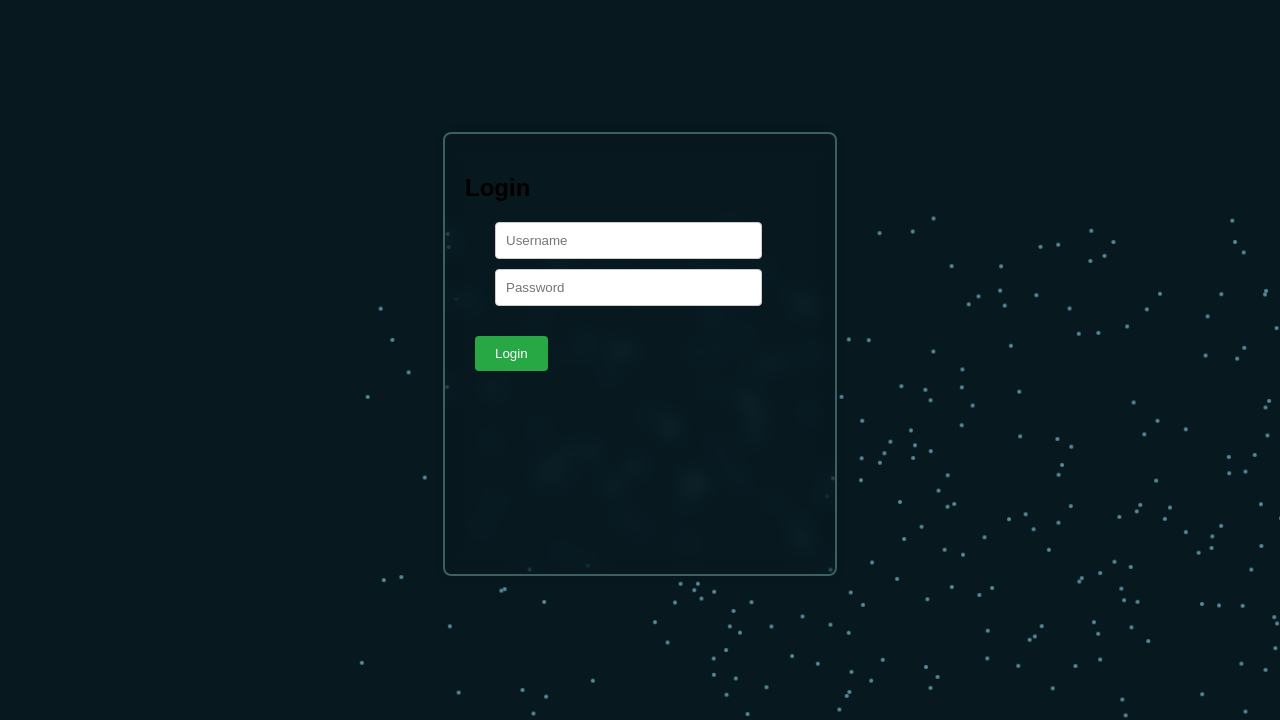
Repository: Anadi-Chauhan/Mentorship-binarybuddy
Page: login.html
An editor plug-in stored every save of this project. The page is shown before and after the next save, followed by the edit.
The browser window is 1280 px wide. The pictures show the whole page.

Above is the page before, as saved 2024-10-19 10:24:27.

### login.html
<!DOCTYPE html>
<html lang="en">
<head>
    <meta charset="UTF-8">
    <meta name="viewport" content="width=device-width, initial-scale=1.0">
    <title>Login Example</title>
    <link rel="stylesheet" href="stars.css">
    <link rel="stylesheet" href="login.css">
</head>
<body>
    <div id="stars"></div>
    <div class="container">
        <div id="login-form">
            <h2>Login</h2>
            <input type="text" id="username" placeholder="Username" required>
            <input type="password" id="password" placeholder="Password" required>
            <button onclick="login()">Login</button>
            <p id="login-error"></p>
        </div>

        <div id="welcome-section" style="display: none;">
            <h2>Welcome, <span id="user-name"></span>!</h2>
            <button onclick="logout()">Logout</button>
        </div>
    </div>

    <script src="stars.js" ></script>
    <script src="login.js"></script>
</body>
</html>

### stars.css
#stars {
    position: sticky;
    top: 0;
    left: 0;
    width: 100%;
    height: 100%;
}

.star {
    position: fixed;
    background: rgb(86, 140, 155);
    width: 4px;
    height: 4px;
    border-radius: 50%;
    animation: moveStar linear infinite;
}
@keyframes moveStar {
    0% {
        transform: translate(0, 0);
    }
    100% {
        transform: translate(calc(100vw * 0.5), calc(100vh * 0.5));
    }
}

### login.css
body {
    font-family: Arial, sans-serif;
    display: grid;
    justify-content: center;
    align-items: center;
    background-color: #f0f0f0;
    margin: 0;
    border: 2px solid color(srgb 0.0264 0.0958 0.1204);
    background-color: color(srgb 0.0264 0.0958 0.1204);
}

.container {
    -webkit-backdrop-filter: blur(2px);
    backdrop-filter: blur(10px);
    border: 2px solid rgb(60, 95, 95);
    margin-top: 130px;
    z-index: 10;
    width: 350px;
    height: 400px;
    padding: 20px;
    border-radius: 8px;
    box-shadow: 0 0 10px rgba(0, 0, 0, 0.1);
}

input {
    display: block;
    margin: 10px 0;
    padding: 10px;
    width: 70%;
    margin-top: 10px;
    margin-left: 30px;
    border: 1px solid #ccc;
    border-radius: 4px;
}

button {
    padding: 10px 20px;
    background-color: #28a745;
    margin-top: 20px;
    margin-left: 10px;
    color: white;
    border: none;
    border-radius: 4px;
    cursor: pointer;
}

button:hover {
    background-color: #218838;
}

#error {
    color: red;
}

### stars.js
// Number of stars to create
const numStars = 600;
// Generate stars
for (let i = 0; i < numStars; i++) {
    const star = document.createElement('div');
    star.className = 'star';
    star.style.top = `${Math.random() * 100}%`;
    star.style.left = `${Math.random() * 100}%`;
    star.style.animationDuration = `${Math.random() * 5 + 5}s`; // Randomize animation duration
    star.style.animationDelay = `${Math.random() * 0}s`; // Randomize animation delay
    document.getElementById('stars').appendChild(star);
}

### login.js
// Script to handle login and logout
function login() {
    const username = document.getElementById("username").value;
    const password = document.getElementById("password").value;

    if (username === "admin" && password === "1234") {
        document.getElementById("login-form").style.display = "none";
        document.getElementById("welcome-section").style.display = "block";
        document.getElementById("user-name").textContent = username;
        document.getElementById("login-error").textContent = "";
        window.location.href = "./index.html";
    } else {
        document.getElementById("login-error").textContent = "Invalid credentials!";
    }
}

function logout() {
    document.getElementById("login-form").style.display = "block";
    document.getElementById("welcome-section").style.display = "none";
    document.getElementById("username").value = "";
    document.getElementById("password").value = "";
}

After the next save:
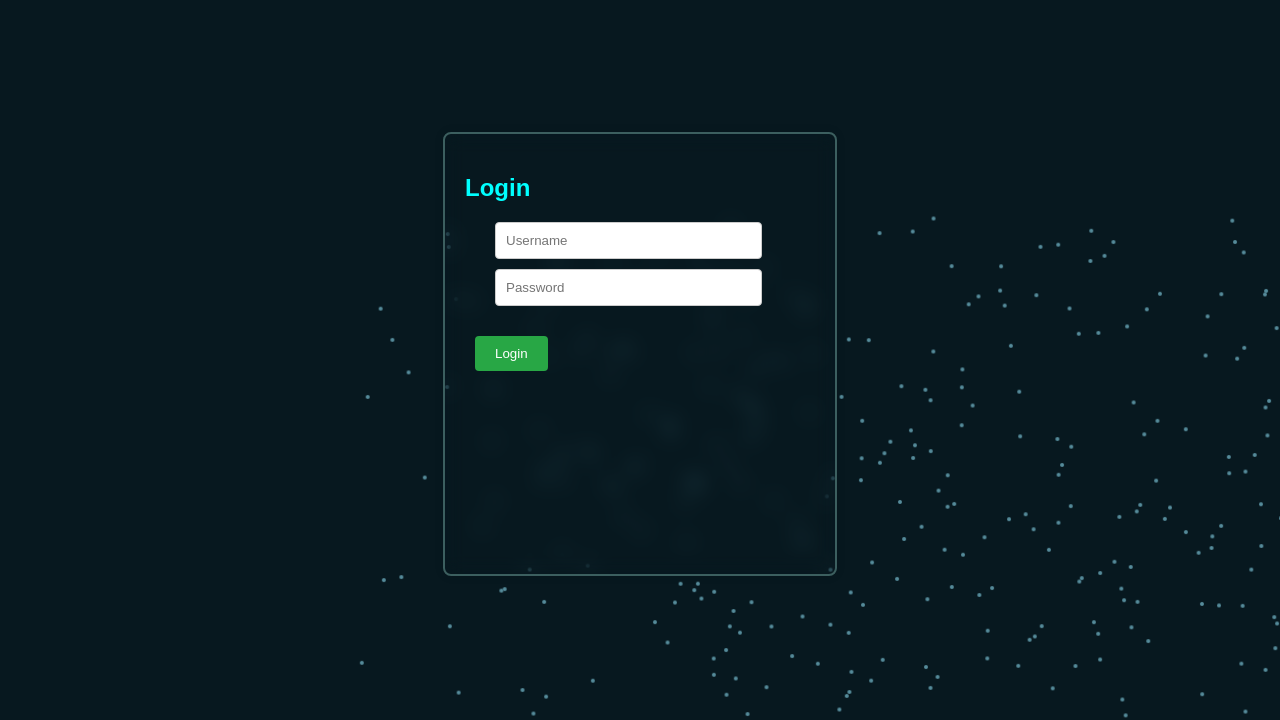
Saved 26 s later.
--- a/login.css
+++ b/login.css
@@ -8,6 +8,11 @@ body {
     border: 2px solid color(srgb 0.0264 0.0958 0.1204);
     background-color: color(srgb 0.0264 0.0958 0.1204);
 }
+h2{
+    color: aqua;
+}
+
+
 
 .container {
     -webkit-backdrop-filter: blur(2px);
